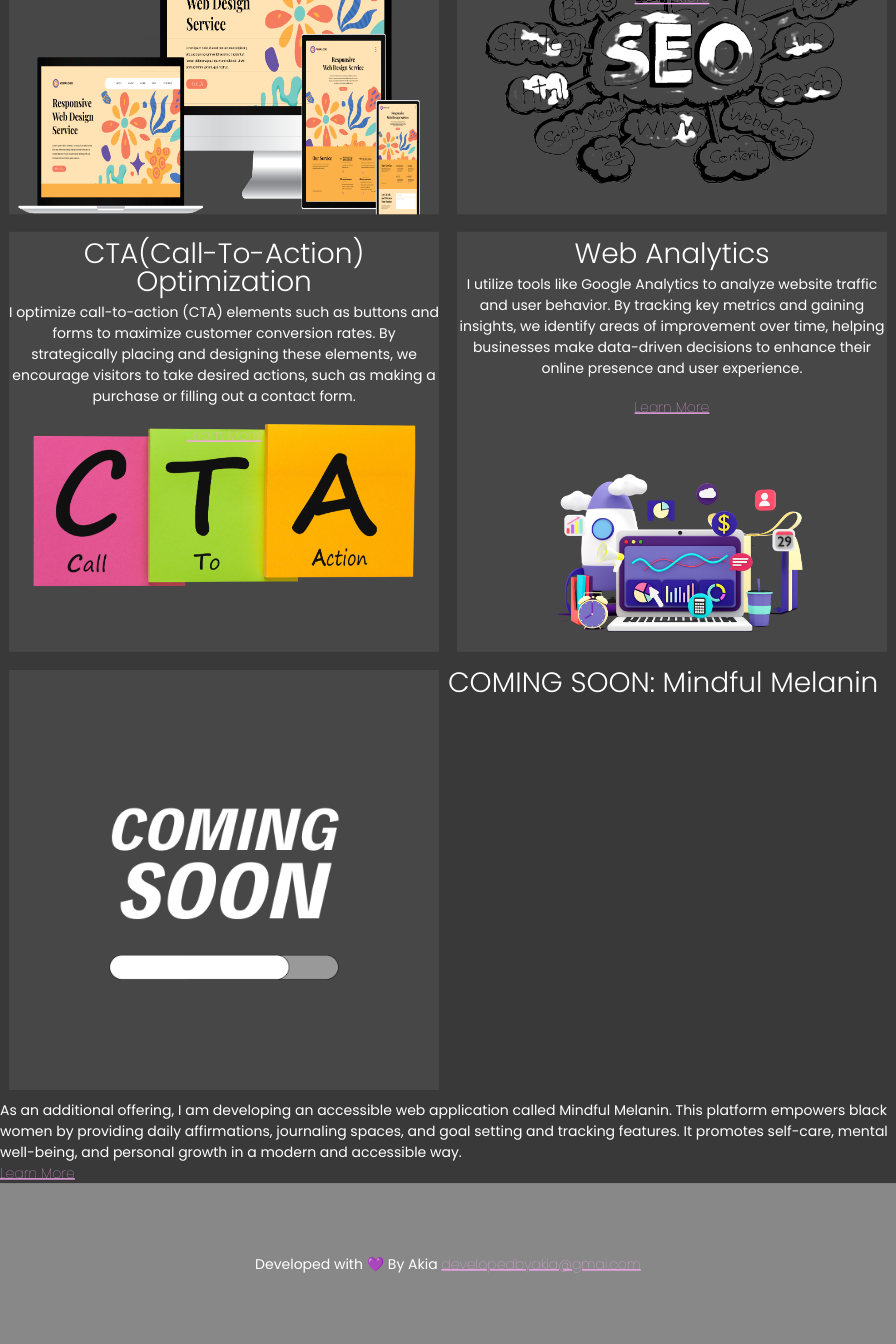
Repository: akiachenise/akiachenise.github.io
Page: index.html
These files come from the project's save history. The page is drawn as it stood at one moment and after the next save; the edit follows.
The browser window is 1280 px wide. The pictures show the part of the page from y = 983 to 2903 px (the page is 2903 px tall), at 70% of full size.
After loading, the first visible `div.switch` was clicked once.

Above is the page before, as saved 2023-06-08 21:35:25.

### index.html
<!DOCTYPE html>
<html lang = "en">
<head>
     <meta charset="utf-8" />
     <title>Developed By Akia</title>
     <link rel="stylesheet" href="css/styles.css" />
     <meta name="viewport" content="width=device-width, initial-scale=1">

</head>
<body>
    <header>
        <div class="switch">
            <div class="flicker"></div>
            <div class="moon"></div>
        </div>
    </header>

    <section class="main">
        <div class="main-text">
            <h1>Hi I'm Akia</h1>
            <p>I'm a Full Stack Software Developer, and Accessibility Advocate</p>
            <br/>
            <p>I am passionate about Mindful Web Development and creating user-centric experiences</p>
            <br/>
            <a href="#footer">contact me ></a>
        </div>

        </section>
    <section class="sub-section">
        <div class="square" id="web-design">
            <h2>Web Design and Development</h2>
            <p>I specialize in creating accessible mobile-first designs that engage users and drive results. Working closely with clients, we understand their needs and goals, delivering unique online experiences that align with their brand identity and business objectives</p>
            </br>
            <a href="">Learn More</a>
        </div>
        <div class="square" id="search-engine">
            <h2>Search Engine Optimization(SEO)</h2>
            <p>I help businesses improve their online presence and boost customer conversion rates through effective Search Engine Optimization. This includes comprehensive keyword research, technical SEO, and local SEO strategies to enhance visibility and attract organic traffic.</p>
            </br>
            <a href="">Learn More</a>
        </div>
        <div class="square" id="call-to-action">
            <h2>CTA(Call-To-Action) Optimization</h2>
            <p>I optimize call-to-action (CTA) elements such as buttons and forms to maximize customer conversion rates. By strategically placing and designing these elements, we encourage visitors to take desired actions, such as making a purchase or filling out a contact form.</p>
            </br>
            <a href="">Learn More</a>
        </div>
        <div class="square" id="web-analytics">
            <h2>Web Analytics</h2>
            <p>I utilize tools like Google Analytics to analyze website traffic and user behavior. By tracking key metrics and gaining insights, we identify areas of improvement over time, helping businesses make data-driven decisions to enhance their online presence and user experience.</p>
            </br>
            <a href="">Learn More</a>
        </div>
        <div class="square" id="coming-soon"></div>
            <h2>COMING SOON: Mindful Melanin</h2>
            <p>As an additional offering, I am developing an accessible web application called Mindful Melanin. This platform empowers black women by providing daily affirmations, journaling spaces, and goal setting and tracking features. It promotes self-care, mental well-being, and personal growth in a modern and accessible way.</p>
            </br>
            <a href="">Learn More</a>
        </div>
    </section>

        <footer id ="footer">
            <p>Developed with 💜 By Akia <a href="mailto:developedbyakia@gmail.com">developedbyakia@gmai.com</a></p>


            <script src="js/scripts.js"></script>
        </body>
    </html>

### css/styles.css
@import url('https://fonts.googleapis.com/css2?family=Poppins:ital,wght@0,100;0,200;0,300;0,400;0,500;0,600;0,700;0,800;0,900;1,100;1,200;1,400;1,500;1,600;1,700;1,800;1,900&display=swap');

body {
    transition: 0.3s;
    margin: 0;
    padding: 0;
    background-color: rgb(241, 239, 239);
    font-family: 'Poppins', sans-serif;
    color: rgb(57, 57, 57);
}

h1 {
    font-size: 70px;
    line-height:70px;
    font-weight: 300;
    margin: 10px 0;
}

h2 {
    font-size: 40px;
    line-height: 40px;
    font-weight: 300;
    margin: 10px 0;
}

p {
    margin: 0px;
    font-size: 20px;
}

a {
    color:rgb(162, 0, 255);
    font-size: 20px;
    font-weight: 100;
}

.dark a {
    color: rgb(246, 169, 241);
}


header {
    display: flex;
    justify-content: flex-end;
    padding: 30px;
}

.switch {
  width: 80px;
  height: 40px;
  border-radius: 20px;
  background-color: rgb(39, 38, 38);
  position: relative;
}

.flicker {
  width: 30px;
  height: 30px;
  border-radius: 15px;
  background-color: rgb(255, 255, 255);
  position: absolute;
  top: 5px;
  left: 5px;
  transition: 0.3s;
  box-shadow:
    inset 4px 4px 4px rgb(255, 255, 255),
    inset -4px -4px 4px rgb(195 193 198 / 90%);
}

.dark {
    background-color: rgb(57, 57, 57);
    transition: 0.3s;
}

.moon {
    width: 20px;
    height: 20px;
    border-radius: 10px;
    box-shadow: 4px 4px 0 0 rgb(255, 255, 255);
    position: absolute;
    top: 5px;
    left: 45px;
}

.dark .flicker {
    transform: translateX(40px);
    transition: 0.3s;
}

.dark > * {
    color: rgb(255, 255, 255);
}

.main{
    height: 80vh;
}
.main-text {
    width: 50%;
    padding: 30px;
}

.square {
    width: 98%;
    margin: 1%;
    height: 350px;
    background-color: rgb(255, 255, 255);
    text-align: center;
}

.dark .square {
    background-color: rgb(71, 71, 71);
}
#web-design {
    background-image: url("../images/web-design.png");
    background-size: cover;
}

#search-engine {
    background-image: url("../images/search-engine.png");
    background-size: cover;
}

#call-to-action {
    background-image: url("../images/call-to-action.png");
    background-size: cover;
}

#web-analytics {
    background-image: url("../images/web-analytics.png");
    background-size: cover;
}

#coming-soon {
    background-image: url("../images/coming-soon-light.png");
    background-size: cover;
}


.sub-section {
    display: flex;
    flex-wrap: wrap;
}

footer {
    display: flex;
    justify-content: center;
    padding: 100px 30px;
    background-color: rgb(136, 136, 136);
}

.dark footer {
    background-color: (28, 28, 28);
}


@media only screen and (min-width: 970px) {
    .square {
        width: 48%;
        margin: 1%;
        height: 600px;
    }
}

### js/scripts.js
const switchElement = document.querySelector('.switch')

switchElement.addEventListener('click', () => {
  document.body.classList.toggle('dark')
})

After the next save:
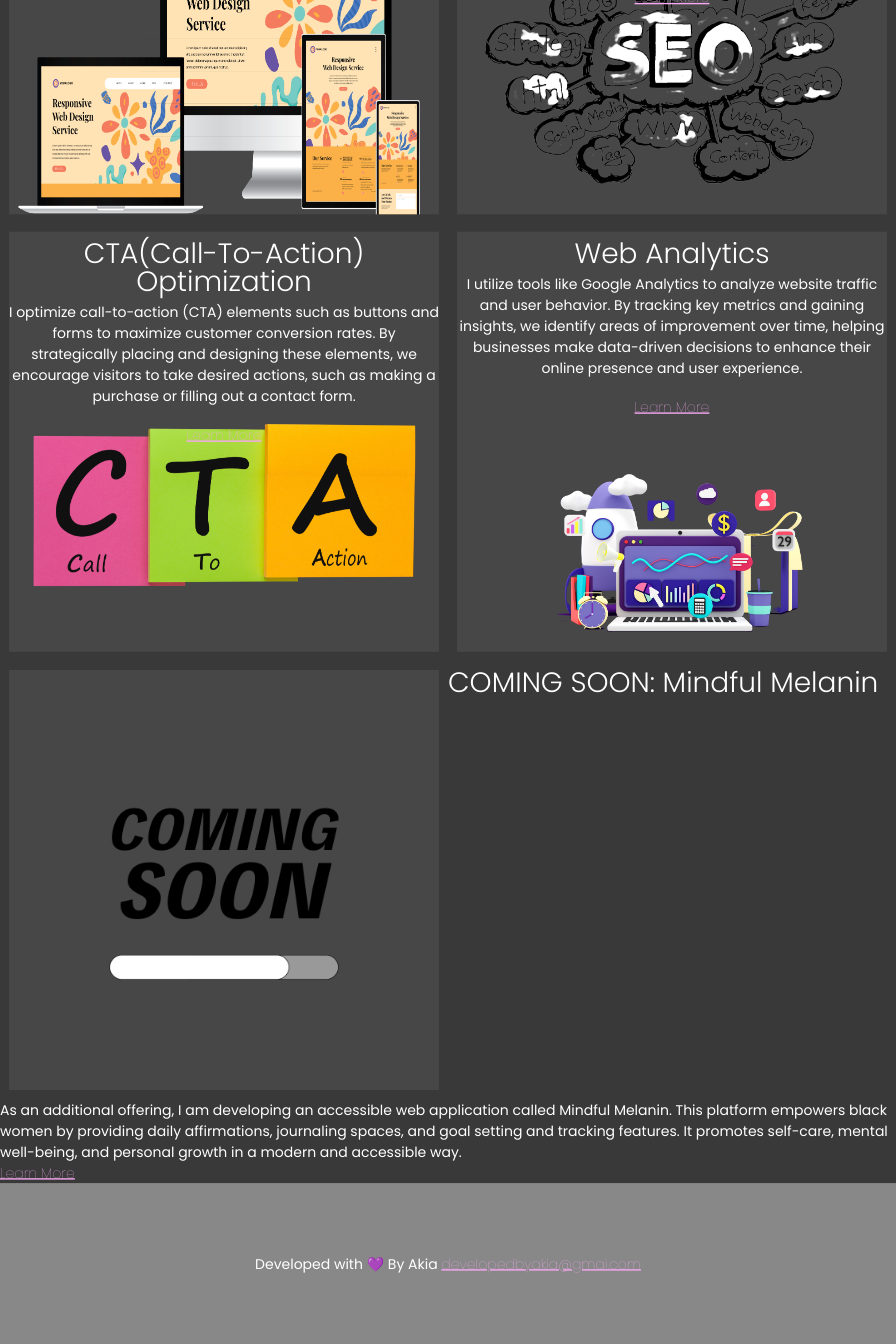
Saved 9 min 24 s later.
--- a/css/styles.css
+++ b/css/styles.css
@@ -134,7 +134,9 @@ header {
     background-image: url("../images/coming-soon-light.png");
     background-size: cover;
 }
-
+.dark #coming-soon {
+    background-image: url("../images/coming-soon-dark.png");
+}
 
 .sub-section {
     display: flex;
